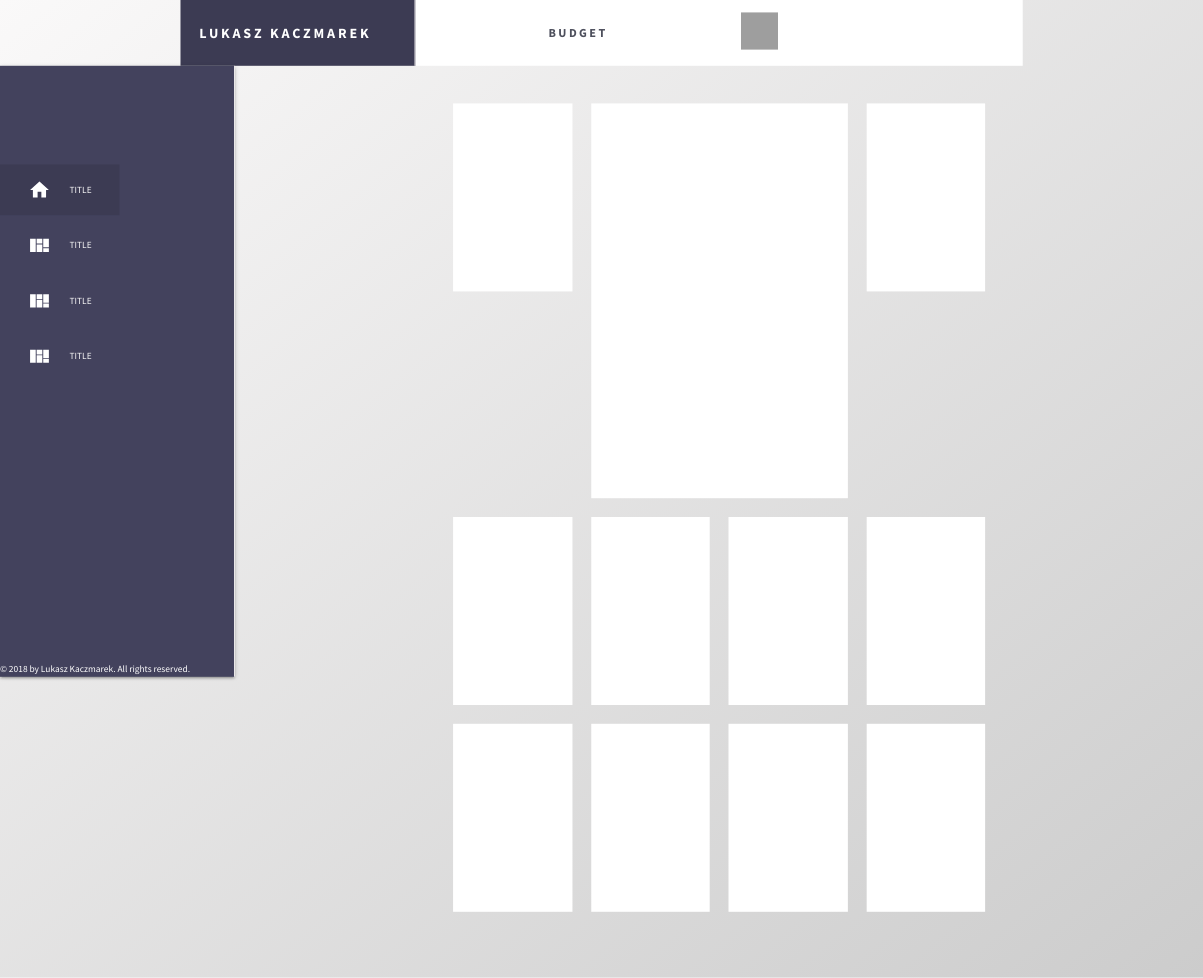
Repository: Archezi/BudgetApplication
Page: index.html
These files come from the project's save history. The page is drawn as it stood at one moment and after the next save; the edit follows.
The browser window is 1280 px wide. The pictures show the whole page, at 94% of full size.
Pictures or frames that could not be fetched are drawn as grey boxes. The style sheet was rebuilt from its Sass, Less or Tailwind sources for each picture, by a compiler version that may differ from the author's.

Above is the page before, as saved 2018-08-29 11:24:56.

After the next save:
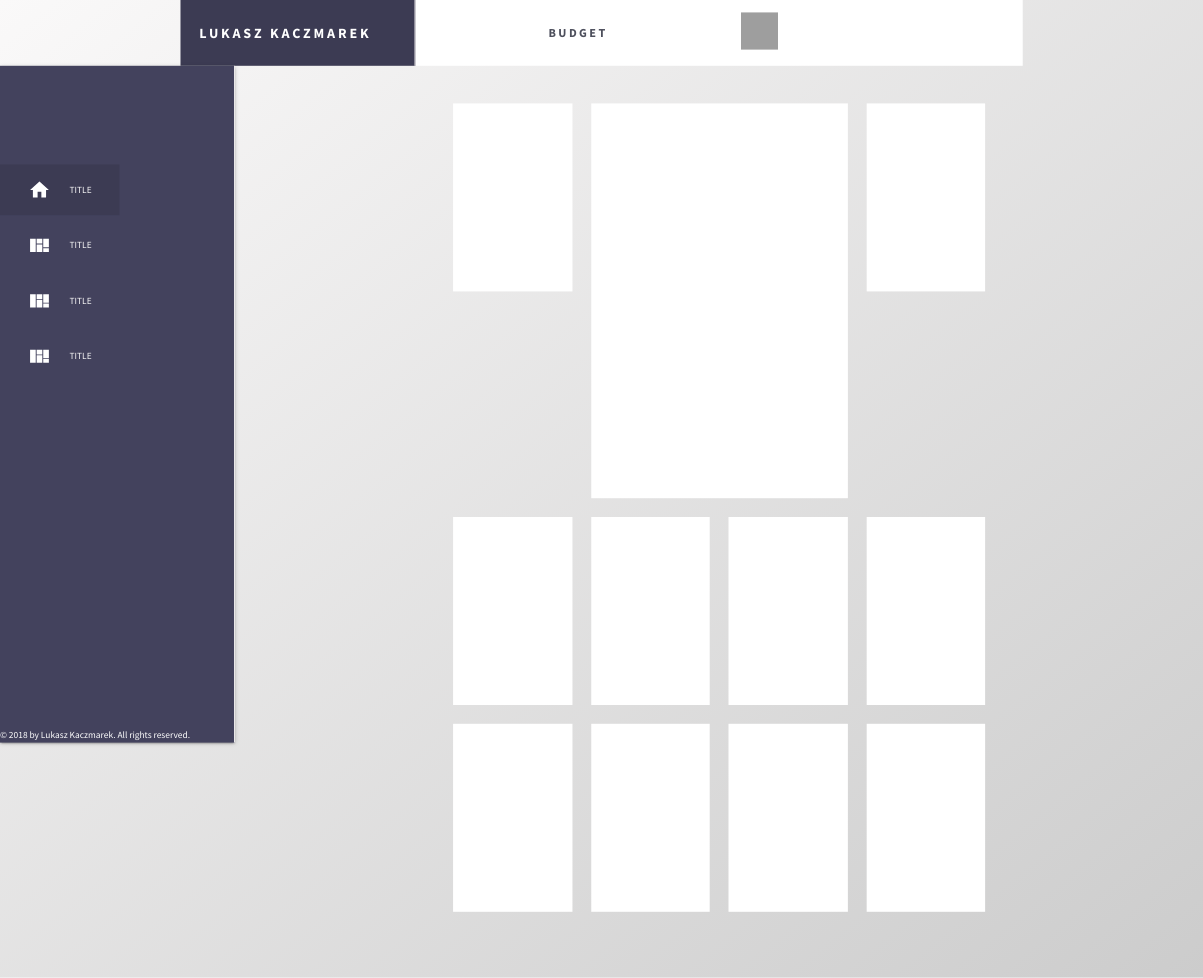
Saved 10 s later.
--- a/sass/components/_layout.scss
+++ b/sass/components/_layout.scss
@@ -26,7 +26,7 @@
     display: flex;
     flex-direction: column;
     justify-content: space-between;
-    min-height: calc(100vh - 7rem);
+    min-height: calc(100vh );
     z-index: 999;
 }
 .main {
